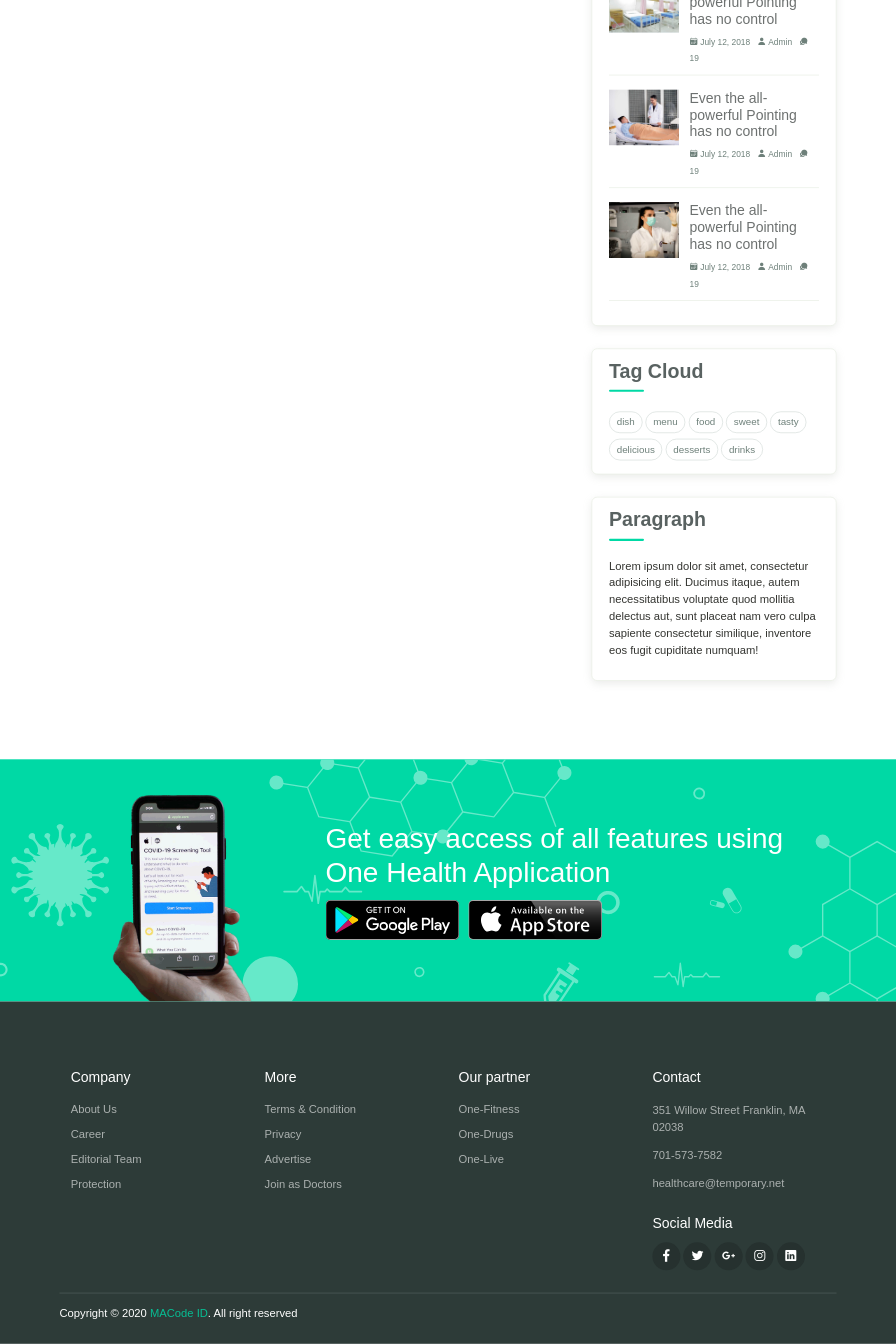
Repository: profbkmurage/myWeb
Page: html/blog.html
The author's editor kept a copy of each file at every save. The page is drawn from the files as they stood at one save, then again after the next save.
The browser window is 1280 px wide. The pictures show the part of the page from y = 1084 to 3004 px (the page is 3004 px tall before and 2594 px after), at 70% of full size.

Above is the page before, as saved 2023-12-11 14:16:03.

After the next save:
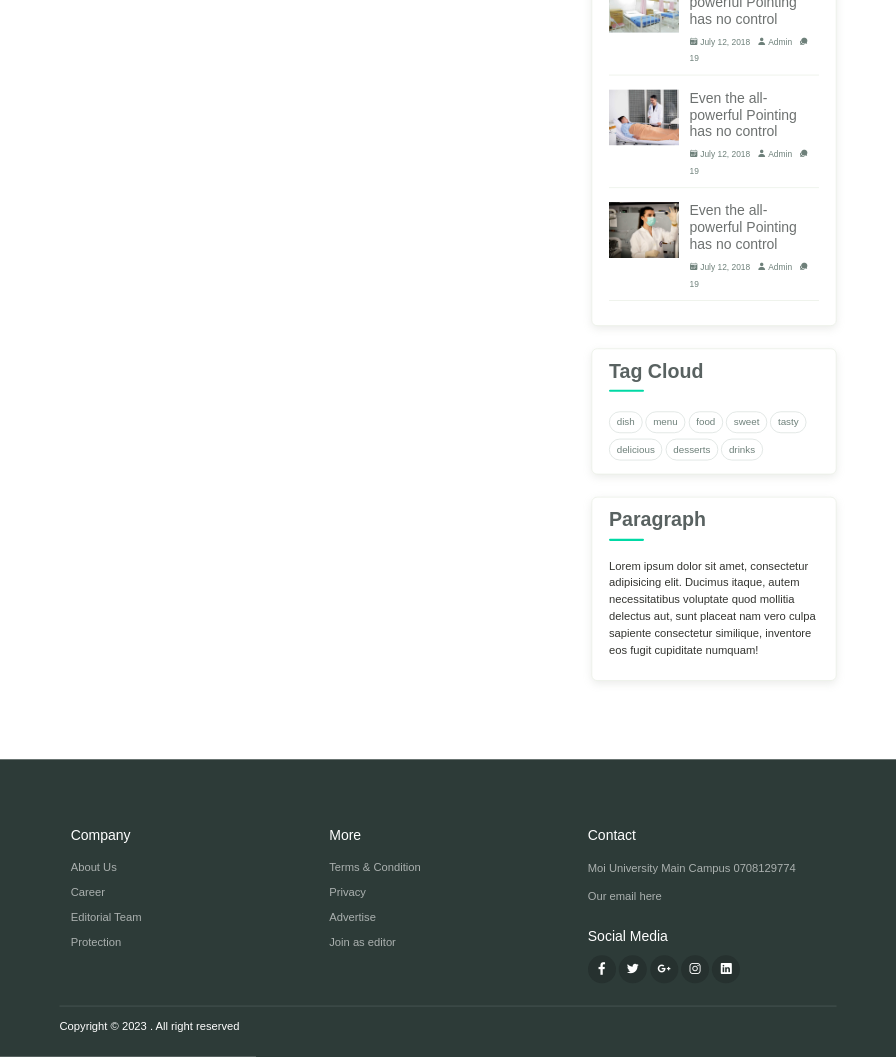
Saved 41 s later.
--- a/html/blog.html
+++ b/html/blog.html
@@ -268,27 +268,10 @@
     </div> <!-- .container -->
   </div> <!-- .page-section -->
 
-  <div class="page-section banner-home bg-image" style="background-image: url(../assets/img/banner-pattern.svg);">
-    <div class="container py-5 py-lg-0">
-      <div class="row align-items-center">
-        <div class="col-lg-4 wow zoomIn">
-          <div class="img-banner d-none d-lg-block">
-            <img src="../assets/img/mobile_app.png" alt="">
-          </div>
-        </div>
-        <div class="col-lg-8 wow fadeInRight">
-          <h1 class="font-weight-normal mb-3">Get easy access of all features using One Health Application</h1>
-          <a href="#"><img src="../assets/img/google_play.svg" alt=""></a>
-          <a href="#" class="ml-2"><img src="../assets/img/app_store.svg" alt=""></a>
-        </div>
-      </div> <!-- .row -->
-    </div> <!-- .container -->
-  </div> <!-- .banner-home -->
-
-  <footer class="page-footer">
+   <footer class="page-footer">
     <div class="container">
       <div class="row px-md-3">
-        <div class="col-sm-6 col-lg-3 py-3">
+        <div class="col-sm-6 col-lg-4 py-3">
           <h5>Company</h5>
           <ul class="footer-menu">
             <li><a href="#">About Us</a></li>
@@ -297,28 +280,28 @@
             <li><a href="#">Protection</a></li>
           </ul>
         </div>
-        <div class="col-sm-6 col-lg-3 py-3">
+        <div class="col-sm-6 col-lg-4 py-3">
           <h5>More</h5>
           <ul class="footer-menu">
             <li><a href="#">Terms & Condition</a></li>
             <li><a href="#">Privacy</a></li>
             <li><a href="#">Advertise</a></li>
-            <li><a href="#">Join as Doctors</a></li>
+            <li><a href="#">Join as editor</a></li>
           </ul>
         </div>
-        <div class="col-sm-6 col-lg-3 py-3">
+        <!-- <div class="col-sm-6 col-lg-3 py-3">
           <h5>Our partner</h5>
           <ul class="footer-menu">
             <li><a href="#">One-Fitness</a></li>
             <li><a href="#">One-Drugs</a></li>
             <li><a href="#">One-Live</a></li>
           </ul>
-        </div>
-        <div class="col-sm-6 col-lg-3 py-3">
+        </div> -->
+        <div class="col-sm-6 col-lg-4 py-3">
           <h5>Contact</h5>
-          <p class="footer-link mt-2">351 Willow Street Franklin, MA 02038</p>
-          <a href="#" class="footer-link">701-573-7582</a>
-          <a href="#" class="footer-link">healthcare@temporary.net</a>
+          <p class="footer-link mt-2">Moi University Main Campus</p>
+          <a href="#" class="footer-link">0708129774</a>
+          <a href="#" class="footer-link">Our email here</a>
 
           <h5 class="mt-3">Social Media</h5>
           <div class="footer-sosmed mt-3">
@@ -333,9 +316,9 @@
 
       <hr>
 
-      <p id="copyright">Copyright &copy; 2020 <a href="https://macodeid.com/" target="_blank">MACode ID</a>. All right reserved</p>
-    </div> <!-- .container -->
-  </footer> <!-- .page-footer -->
+      <p id="copyright">Copyright &copy; 2023 . All right reserved</p>
+    </div>
+  </footer>
 
 <script src="../assets/js/jquery-3.5.1.min.js"></script>
 
